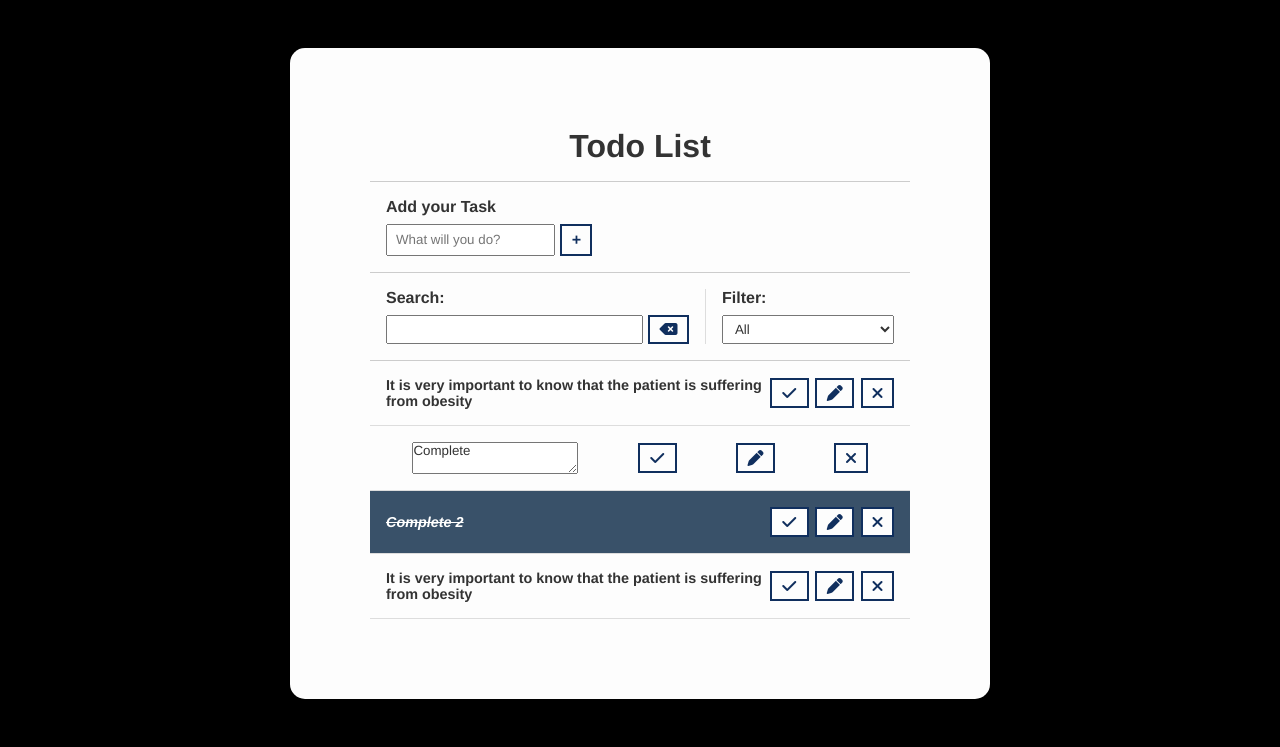
Repository: bek77g/todoList-vanillaJS
Page: index.html
An editor plug-in stored every save of this project. The page is shown before and after the next save, followed by the edit.
The browser window is 1280 px wide. The pictures show the whole page.
Some web libraries are served in a nearby version.

Above is the page before, as saved 2023-01-23 20:30:26.

### index.html
<!DOCTYPE html>
<html lang="en">
  <head>
    <meta charset="UTF-8" />
    <meta http-equiv="X-UA-Compatible" content="IE=edge" />
    <meta name="viewport" content="width=device-width, initial-scale=1.0" />
    <title>TodoList JS</title>
    <link rel="stylesheet" href="src/css/style.css" />
  </head>
  <body>
    <link
      rel="stylesheet"
      href="https://cdnjs.cloudflare.com/ajax/libs/font-awesome/6.1.2/css/all.min.css"
      integrity="sha512-1sCRPdkRXhBV2PBLUdRb4tMg1w2YPf37qatUFeS7zlBy7jJI8Lf4VHwWfZZfpXtYSLy85pkm9GaYVYMfw5BC1A=="
      crossorigin="anonymous"
      referrerpolicy="no-referrer"
    />
    <div class="todo-container">
      <header>
        <h1>Todo List</h1>
      </header>
      <form id="todo-form">
        <p>Add your Task</p>
        <div class="form-control">
          <input type="text" id="todo-input" placeholder="What will you do?" />
          <button type="submit">
            <i class="fa-thin fa-plus"></i>
          </button>
        </div>
      </form>
      <div id="toolbar">
        <div id="search">
          <h4>Search:</h4>
          <form>
            <input type="text" id="search-input" />
            <button id="erase-button">
              <i class="fa-solid fa-delete-left"></i>
            </button>
          </form>
        </div>
        <div id="filter">
          <h4>Filter:</h4>
          <select id="filter-select">
            <option value="all">All</option>
            <option value="done">Done</option>
            <option value="todo">Todo</option>
          </select>
        </div>
      </div>
      <div id="todo-list">
        <!-- <div class="todo done">
          <h3>
            It is very important to know that the patient is suffering from
            obesity
          </h3>
          <button class="finish-todo">
            <i class="fa-solid fa-check"></i>
          </button>
          <button class="edit-todo">
            <i class="fa-solid fa-pen"></i>
          </button>
          <button class="remove-todo">
            <i class="fa-solid fa-xmark"></i>
          </button>
        </div> -->
      </div>
    </div>
    <script src="src/js/app.js"></script>
  </body>
</html>

### src/css/style.css
/*geral*/
* {
  padding: 0;
  margin: 0;
  font-family: Helvetica;
  color: #333;
  box-sizing: border-box;
}

body {
  background-color: black;
}

button {
  background-color: #fdfdfd;
  color: #102f5e;
  border: 2px solid #102f5e;
  padding: 0.3rem 0.6rem;
  font-size: 1rem;
  cursor: pointer;
  display: flex;
  justify-content: center;
  align-items: center;
  transition: 0.4s;
}

button:hover {
  background-color: #102f5e;
  color: #fff;
}

button:hover > i {
  color: #fff;
}

button i {
  color: #102f5e;
  font-weight: bold;
  pointer-events: none;
}

.remove-todo:hover {
  background-color: red;
}

input,
select {
  padding: 0.25rem 0.5rem;
}

.hide {
  display: none;
}

/*TODO HEADER*/

.todo-container {
  max-width: 700px;
  margin: 3rem auto;
  background-color: #fdfdfd;
  padding: 5rem;
  border-radius: 15px;
}

.todo-container header {
  text-align: center;
  padding: 0 1rem 1rem;
  border-bottom: 1px solid #ccc;
}

/* TODO FORM*/

#todo-form,
#edit-form {
  padding: 1rem;
  border-bottom: 1px solid #ccc;
}

#todo-form p,
#edit-form p {
  margin-bottom: 0.5rem;
  font-weight: bold;
}

.form-control {
  display: flex;
}

.form-control input {
  margin-right: 0.3rem;
}

#cancel-edit-btn {
  margin-top: 1rem;
}

/* TODO TOOLBAR */

#toolbar {
  padding: 1rem;
  border-bottom: 1px solid #ccc;
  display: flex;
}

#toolbar h4 {
  margin-bottom: 0.5rem;
}

#search {
  border-right: 1px solid #ddd;
  padding-right: 1rem;
  margin-right: 1rem;
  width: 65%;
  display: flex;
  flex-direction: column;
}

#search form {
  display: flex;
}

#search input {
  width: 100%;
  margin-right: 0.3rem;
}

#filter {
  width: 35%;
  display: flex;
  flex-direction: column;
}

#filter select {
  flex: 1;
}

/* TODO LIST */

.todo {
  display: flex;
  justify-content: space-around;
  align-items: center;
  padding: 1rem;
  border-bottom: 1px solid #ddd;
  transition: 0.3s;
}

.todo h3 {
  flex: 1;
  font-size: 0.9rem;
}

.todo button {
  margin-left: 0.4rem;
}

.todo input[type='text'] {
  width: 100%;
}

.done {
  background-color: #395169;
}

.done h3 {
  color: #fff;
  text-decoration: line-through;
  font-style: italic;
}

### src/js/app.js
let todoData = [
  {
    key: 1,
    text: 'It is very important to know that the patient is suffering from obesity ',
    isDone: false,
    isEditable: false,
  },
  {
    key: 2,
    text: 'Complete ',
    isDone: false,
    isEditable: true,
  },
  {
    key: 3,
    text: 'Complete 2',
    isDone: true,
    isEditable: false,
  },
  {
    key: 4,
    text: 'It is very important to know that the patient is suffering from obesity ',
    isDone: false,
    isEditable: false,
  },
];

let searchValue = '';
let filterValue = 'all';

//elements
const todoForm = document.querySelector('#todo-form');
const todoInput = document.querySelector('#todo-input');
const todoList = document.querySelector('#todo-list');
const searchInput = document.querySelector('#search-input');
const filterInput = document.querySelector('#filter-select');

const showTodosData = () => {
  todoList.innerHTML = '';
  todoData
    .filter((todo) =>
      todo.text.toLocaleLowerCase().includes(searchValue.toLocaleLowerCase())
    )
    .filter((el) => {
      if (filterValue === 'all') return el;
      if (filterValue === 'done' && el.isDone) return el;
      if (filterValue === 'todo' && !el.isDone) return el;
    })
    .forEach(({ key, text, isDone, isEditable }) => {
      todoList.innerHTML += `
        <div class="todo ${isDone ? 'done' : ''}">
          ${isEditable ? `<textarea>${text}</textarea>` : `<h3>${text}</h3>`}
          <button class="finish-todo">
            <i class="fa-solid fa-check"></i>
          </button>
          <button class="edit-todo">
            <i class="fa-solid fa-pen"></i>
          </button>
          <button class="remove-todo">
            <i class="fa-solid fa-xmark"></i>
          </button>
        </div>
    `;
    });
};

const addTodo = (text) => {
  let todoBody = {
    key: new Date().getTime(),
    text: text,
    isDone: false,
    isEditable: false,
  };
  todoData.push(todoBody);
  todoInput.value = '';
  todoInput.focus();
  showTodosData();
};

todoForm.addEventListener('submit', (e) => {
  e.preventDefault();
  const inputValue = todoInput.value;
  if (inputValue) {
    addTodo(inputValue);
  }
});

searchInput.addEventListener('input', (e) => {
  searchValue = e.target.value;
  showTodosData();
});
filterInput.addEventListener('input', (e) => {
  filterValue = e.target.value;
  showTodosData();
});

//Edit

showTodosData();

After the next save:
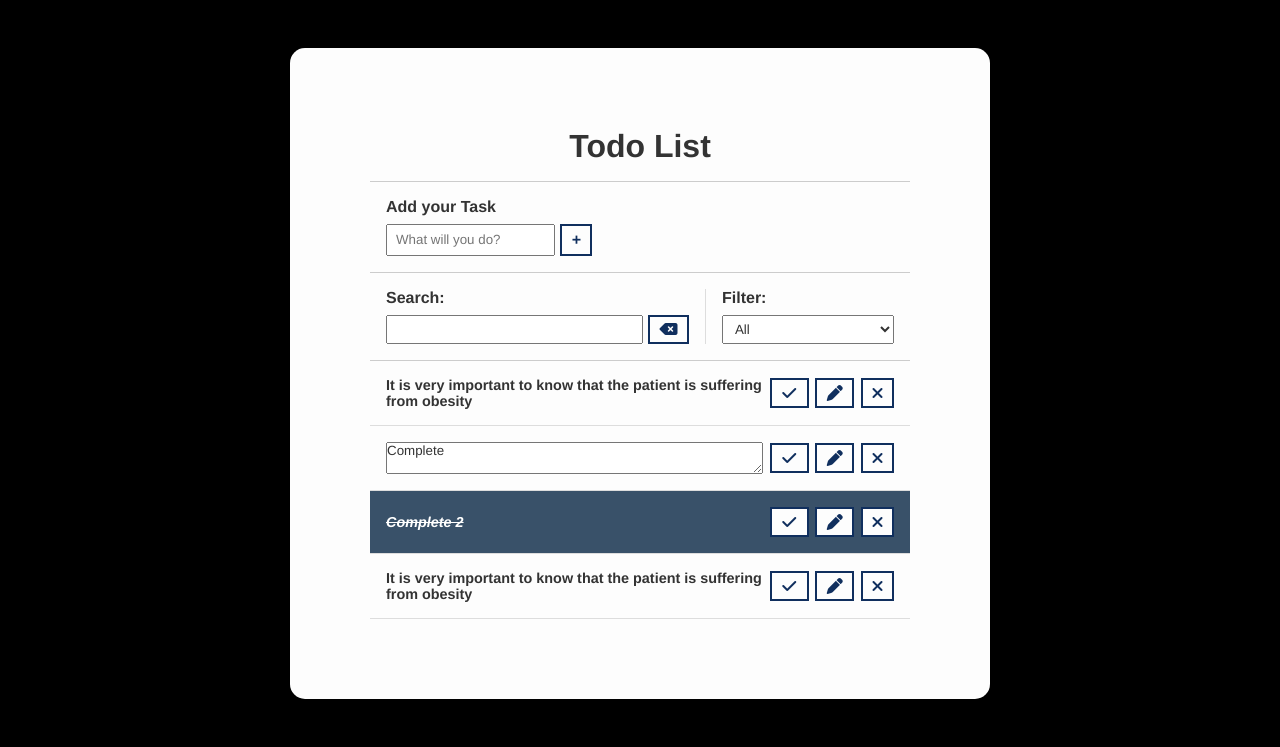
Saved 29 s later.
--- a/src/css/style.css
+++ b/src/css/style.css
@@ -154,8 +154,12 @@ select {
   margin-left: 0.4rem;
 }
 
-.todo input[type='text'] {
+.todo textarea {
   width: 100%;
+  height: -webkit-fit-content;
+  height: -moz-fit-content;
+  height: fit-content;
+  resize: vertical;
 }
 
 .done {
